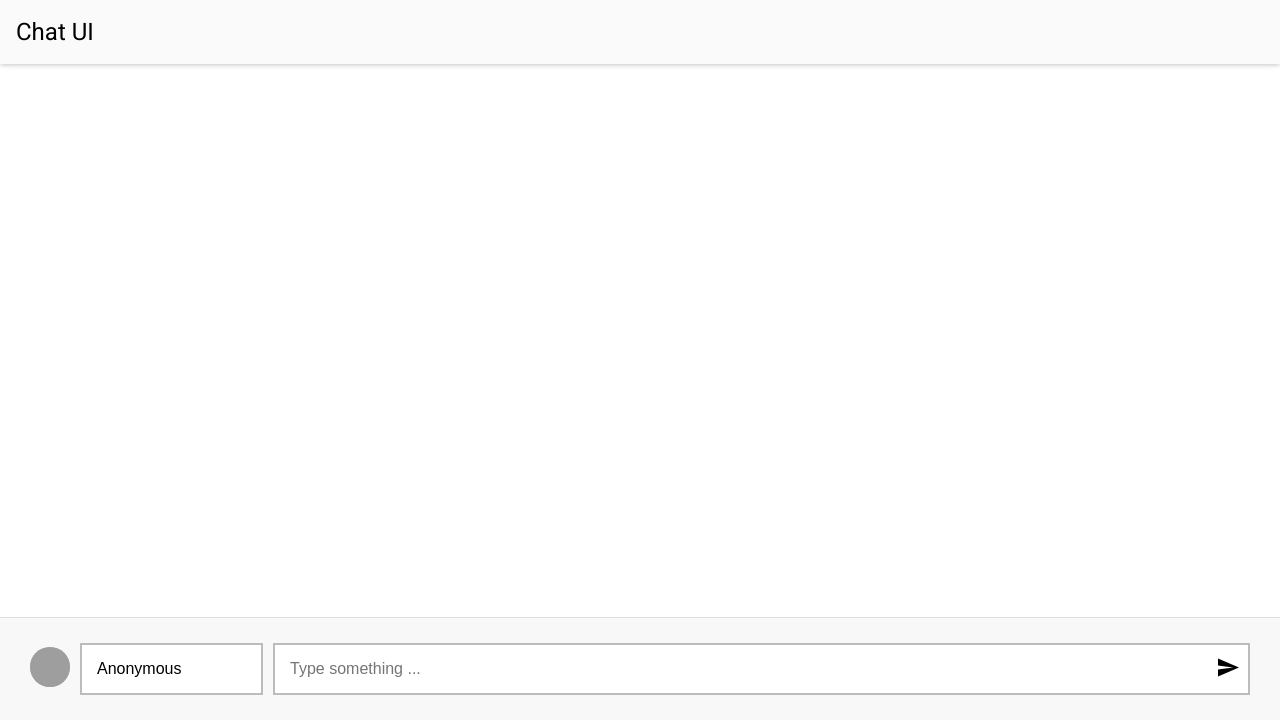
Repository: Faradey27/chat-ui
Page: /
The author's editor kept a copy of each file at every save. The page is drawn from the files as they stood at one save, then again after the next save.
The browser window is 1280 px wide. The pictures show the whole page.
Pictures or frames that could not be fetched are drawn as grey boxes. The page's requests for data from a server got no answer. The project was rebuilt for these pictures with package versions that can differ from the ones it lists, and the page was loaded fresh each time. No one was signed in, and anything a server would have sent is missing. Also part of the build but not shown: src/components/MessageUsername/MessageUsername.js, src/components/MessageUsername/index.js, src/components/MessageText/MessageText.js, src/components/MessageText/index.js, src/components/MessageDate/MessageDate.js, src/components/MessageDate/index.js, src/components/Message/Message.js.

Above is the page before, as saved 2018-03-03 23:35:47.

### public/index.html
<!DOCTYPE html>
<html lang="en">
  <head>
    <meta charset="utf-8">
    <meta name="viewport" content="width=device-width, initial-scale=1, shrink-to-fit=no">
    <meta name="theme-color" content="#000000">
    <link rel="manifest" href="%PUBLIC_URL%/manifest.json">
    <link rel="shortcut icon" href="%PUBLIC_URL%/favicon.ico">
    <link href="https://fonts.googleapis.com/css?family=Roboto:300,400,700" rel="stylesheet">
    <title>Chat UI</title>
  </head>
  <body>
    <noscript>
      You need to enable JavaScript to run this app.
    </noscript>
    <div id="root"></div>
  </body>
</html>

### src/index.js
import React from 'react';
import ReactDOM from 'react-dom';
import { Provider } from 'react-redux';
import { MuiThemeProvider } from 'material-ui/styles';

import io from "socket.io-client";
import Chat from './containers/Chat';
import configureStore from './data/store/configureStore';
import SocketConnector from './services/SocketConnector';
import StorageConnector from './services/StorageConnector';
import registerServiceWorker from './services/pwa/registerServiceWorker';

import './index.css';

// setuped sockets
const socketIO = io("https://spotim-demo-chat-server.herokuapp.com");
const socket = new SocketConnector({eventName: 'spotim/chat', socket: socketIO});

// setuped redux related things
const storage = new StorageConnector({appName: 'chat-ui-user', storage: window.localStorage}); // localStorage or session storage
const savedUser = storage.getItem('store.user');
const preloadedState = {user: savedUser || {name: 'Anonymous', avatar: ''}};
const reduxStore = configureStore(preloadedState, storage);


ReactDOM.render(
  <Provider store={reduxStore}>
    <MuiThemeProvider>
      <Chat socket={socket}/>
    </MuiThemeProvider>
  </Provider>,
  document.getElementById('root')
);

/*
  As we want to be PWA app, we need to become offline friendly, for this reason we register service worker
*/
registerServiceWorker();

### src/data/store/configureStore.js
if (process.env.NODE_ENV === 'production' || process.env.NODE_ENV === 'test') {
  module.exports = require('./configureStore.prod')
} else {
  module.exports = require('./configureStore.dev')
}

### src/services/SocketConnector.js
import { CHAT_IDENTEFICATOR } from './../config';

const isValidMessage = (message) => message.id && message.text && message.user && message.date;
const isAuthorizedMessage = (message) => message.identificator === CHAT_IDENTEFICATOR;

class SocketConnector {
  eventName = '';
  socket = null;
  connected = false;

  constructor({eventName, socket}) {
    this.eventName = eventName;
    this.socket = socket;
  }

  connect = ({onMessage}) => {
    this.socket.on("connect", () => {
      console.info("connected to chat server!");
      this.connected = true;
    });
    this.socket.on(this.eventName, (message) => this.handleMessage({message, onMessage}));
    this.socket.on("disconnect", () => {
      console.info("disconnected to chat server!");
      this.connected = false;
    });
  }

  handleMessage = ({message, onMessage}) => {
    // as our api services do not have any auth or any client separation, we need to detect somehow just our messages
    if (!isAuthorizedMessage(message)) {
      console.info('We received message from bad guys');
      return -1;
    }
    // we want to skip bad messages
    if (!isValidMessage(message)) {
      console.info('We received invalid message');
      return -1;
    }

    onMessage(message)
  }

  emitMessage(message) {
    this.socket.emit(this.eventName, message);
  }
}

export default SocketConnector;

### src/services/StorageConnector.js
class SocketConnector {
  appName = '';
  storage = null;

  constructor({appName, storage}) {
    this.appName = appName;
    this.storage = storage;
  }

  _getMaskedKey = (key) => `${this.appName}-${key}`;

  setItem(key, value) {
    this.storage.setItem(this._getMaskedKey(key), JSON.stringify(value));
  }

  getItem(key) {
    const item = this.storage.getItem(this._getMaskedKey(key));
    if (!item) {
      return '';
    }

    try {
      return JSON.parse(item);
    } catch (e) {
      throw e;
    }
  }

  removeItem(key) {
    this.storage.removeItem(this._getMaskedKey(key));
  }
}

export default SocketConnector;

### src/services/pwa/registerServiceWorker.js
// In production, we register a service worker to serve assets from local cache.

// This lets the app load faster on subsequent visits in production, and gives
// it offline capabilities. However, it also means that developers (and users)
// will only see deployed updates on the "N+1" visit to a page, since previously
// cached resources are updated in the background.

// To learn more about the benefits of this model, read https://goo.gl/KwvDNy.
// This link also includes instructions on opting out of this behavior.

const isLocalhost = Boolean(
  window.location.hostname === 'localhost' ||
    // [::1] is the IPv6 localhost address.
    window.location.hostname === '[::1]' ||
    // 127.0.0.1/8 is considered localhost for IPv4.
    window.location.hostname.match(
      /^127(?:\.(?:25[0-5]|2[0-4][0-9]|[01]?[0-9][0-9]?)){3}$/
    )
);

export default function register() {
  if (process.env.NODE_ENV === 'production' && 'serviceWorker' in navigator) {
    // The URL constructor is available in all browsers that support SW.
    const publicUrl = new URL(process.env.PUBLIC_URL, window.location);
    if (publicUrl.origin !== window.location.origin) {
      // Our service worker won't work if PUBLIC_URL is on a different origin
      // from what our page is served on. This might happen if a CDN is used to
      // serve assets; see https://github.com/facebookincubator/create-react-app/issues/2374
      return;
    }

    window.addEventListener('load', () => {
      const swUrl = `${process.env.PUBLIC_URL}/service-worker.js`;

      if (isLocalhost) {
        // This is running on localhost. Lets check if a service worker still exists or not.
        checkValidServiceWorker(swUrl);

        // Add some additional logging to localhost, pointing developers to the
        // service worker/PWA documentation.
        navigator.serviceWorker.ready.then(() => {
          console.log(
            'This web app is being served cache-first by a service ' +
              'worker. To learn more, visit https://goo.gl/SC7cgQ'
          );
        });
      } else {
        // Is not local host. Just register service worker
        registerValidSW(swUrl);
      }
    });
  }
}

function registerValidSW(swUrl) {
  navigator.serviceWorker
    .register(swUrl)
    .then(registration => {
      registration.onupdatefound = () => {
        const installingWorker = registration.installing;
        installingWorker.onstatechange = () => {
          if (installingWorker.state === 'installed') {
            if (navigator.serviceWorker.controller) {
              // At this point, the old content will have been purged and
              // the fresh content will have been added to the cache.
              // It's the perfect time to display a "New content is
              // available; please refresh." message in your web app.
              console.log('New content is available; please refresh.');
            } else {
              // At this point, everything has been precached.
              // It's the perfect time to display a
              // "Content is cached for offline use." message.
              console.log('Content is cached for offline use.');
            }
          }
        };
      };
    })
    .catch(error => {
      console.error('Error during service worker registration:', error);
    });
}

function checkValidServiceWorker(swUrl) {
  // Check if the service worker can be found. If it can't reload the page.
  fetch(swUrl)
    .then(response => {
      // Ensure service worker exists, and that we really are getting a JS file.
      if (
        response.status === 404 ||
        response.headers.get('content-type').indexOf('javascript') === -1
      ) {
        // No service worker found. Probably a different app. Reload the page.
        navigator.serviceWorker.ready.then(registration => {
          registration.unregister().then(() => {
            window.location.reload();
          });
        });
      } else {
        // Service worker found. Proceed as normal.
        registerValidSW(swUrl);
      }
    })
    .catch(() => {
      console.log(
        'No internet connection found. App is running in offline mode.'
      );
    });
}

export function unregister() {
  if ('serviceWorker' in navigator) {
    navigator.serviceWorker.ready.then(registration => {
      registration.unregister();
    });
  }
}

### src/index.css
/*
  here we have global styles that need to be applied for whole page(like normalisation)
*/

body {
  margin: 0;
  padding: 0;
  font-family: Roboto;
}

### src/containers/Chat/Chat.js
import React from 'react';
import { func, instanceOf } from 'prop-types';
import { connect } from 'react-redux';
import AppBar from 'material-ui/AppBar';
import { grey50 } from 'material-ui/styles/colors';
import { css } from 'emotion';
import { addMessage } from './../../data/messages/messagesActions';
import SocketConnector from '../../services/SocketConnector';
import MessageCreationArea from './../MessageCreationArea';
import MessageListArea from './../MessageListArea';
import Column from './../../components/Column';

const chatStyles = css`
  height: 100vh;
  display: flex;
  flex-direction: column;
`;

class Chat extends React.Component {
  static propTypes = {
    socket: instanceOf(SocketConnector).isRequired,
    addMessage: func.isRequired, // dispatched action from react-redux
  }

  componentDidMount() {
    this.props.socket.connect({onMessage: this.props.addMessage})
  }

  handleMessageAdd = (message) => this.props.socket.emitMessage(message)

  render() {
    return (
      <div
        className={chatStyles}
        data-hook="chat"
      >
        <AppBar
          titleStyle={{color: 'initial'}}
          style={{ backgroundColor: grey50 }}
          iconElementLeft={<span/>}
          title="Chat UI"
        />
        <Column>
          <MessageListArea />
          <MessageCreationArea onMessageAdd={this.handleMessageAdd}/>
        </Column>
      </div>
    );
  }
}

export default connect(null, { addMessage })(Chat);

### src/data/store/configureStore.dev.js
import { createStore, applyMiddleware } from 'redux';
import { createLogger } from 'redux-logger';
import rootReducer from './rootReducer';
import saveUserToStorageMiddleware from './../middleware/saveUserToStorage';

const configureStore = (preloadedState, storage) => {
  const store = createStore(
    rootReducer,
    preloadedState,
    applyMiddleware(createLogger(), saveUserToStorageMiddleware(storage))
  );

  return store;
}

export default configureStore;

### src/config.js
export const CHAT_IDENTEFICATOR = 'APPLICATION_INDENTIFICATOR_942345';

### src/data/messages/messagesActions.js
export const ADD_MESSAGE = 'ADD_MESSAGE';
export const addMessage = (message) => ({
  type: ADD_MESSAGE,
  message,
})

### src/containers/MessageCreationArea/index.js
export { default } from './MessageCreationArea';

### src/containers/MessageListArea/index.js
export { default } from './MessageListArea';

### src/components/Column/index.js
export {default} from './Column';

### src/data/store/rootReducer.js
import { combineReducers } from 'redux';
import messages from './../messages/messagesReducer';
import user from './../user/userReducer';

const rootReducer = combineReducers({
  messages,
  user,
});

export default rootReducer;

### src/data/middleware/saveUserToStorage.js
import { SET_USER_AVATAR, SET_USER_NAME } from './../user/userActions';

const middleware = (storage) => (store) => (next) => (action) => {
  next(action);

  if (action.type === SET_USER_AVATAR || action.type === SET_USER_NAME) {
    storage.setItem('store.user', store.getState().user);
  }
}

export default middleware;

### src/containers/MessageCreationArea/MessageCreationArea.js
import React from 'react';
import { shape, string, func } from 'prop-types';
import uuidv4 from 'uuid/v4';
import { connect } from 'react-redux';
import { selectUser } from './../../data/user/userSelectors';
import { setUserAvatar, setUsername } from './../../data/user/userActions';
import MessageCreationAreaView from './MessageCreationAreaView';
import { CHAT_IDENTEFICATOR } from './../../config';
import avatars from './../../assets/avatars';

const getRandomAvatar = () => avatars[Math.floor(Math.random() * avatars.length)]

class MessageCreationArea extends React.Component {
  static propTypes = {
    user: shape({ // from redux store
      name: string,
      avatar: string,
    }),
    setUserAvatar: func, // redux action
    setUsername: func, // redux action
    onMessageAdd: func.isRequired,
  }

  state = {
    messageText: '',
  }

  componentDidMount() {
    if (!this.props.user.avatar) {
      this.props.setUserAvatar(getRandomAvatar());
    }
  }

  handleMessageChange = (messageText) => this.setState({messageText})

  handleMessageAdd = () => {
    if (!this.state.messageText) {
      return null;
    }

    this.props.onMessageAdd({
      id: uuidv4(),
      text: this.state.messageText,
      date: Date.now(),
      user: {
        name: this.props.user.name,
        avatar: this.props.user.avatar,
      },
      identificator: CHAT_IDENTEFICATOR
    });

    this.resetMessage();
  }

  resetMessage = () => this.handleMessageChange('')

  render() {
    return (
      <MessageCreationAreaView
        avatar={this.props.user.avatar}
        username={this.props.user.name}
        messageText={this.state.messageText}
        onMessageAdd={this.handleMessageAdd}
        onMessageChange={this.handleMessageChange}
        onUsernameChange={this.props.setUsername}
      />
    );
  }
}

export default connect(
  (state) => ({
    user: selectUser(state)
  }),
  { setUsername, setUserAvatar }
)(MessageCreationArea);

### src/containers/MessageListArea/MessageListArea.js
import React from 'react';
import { array } from 'prop-types';
import { connect } from 'react-redux';
import MessageListAreaView from './MessageListAreaView';
import { selectMessages } from './../../data/messages/messagesSelectors';

class MessageListArea extends React.Component {
  static propTypes = {
    messages: array, // from store
  }

  render() {
    return (
      <MessageListAreaView messages={this.props.messages}/>
    );
  }
}

export default connect((state) => ({ messages: selectMessages(state)}))(MessageListArea);

### src/components/Column/Column.js
import React from 'react';
import { css } from 'emotion';

const columnStyles = css`
  position: relative;
  display: flex;
  flex: 1;
  flex-direction: column;
`;

export default ({children}) => (
  <div className={columnStyles}>
    {children}
  </div>
);

### src/data/messages/messagesReducer.js
import { ADD_MESSAGE } from './messagesActions';

const messages = (state = [], action) => {
  switch (action.type) {
    case ADD_MESSAGE:
      return [...state, action.message];
    default:
      return state;
  }
};

export default messages;

### src/data/user/userReducer.js
import { SET_USER_AVATAR, SET_USER_NAME } from './userActions';

const user = (state = {avatar: '', name: ''}, action) => {
  switch (action.type) {
    case SET_USER_AVATAR:
      return {...state, avatar: action.avatar};
    case SET_USER_NAME:
      return {...state, name: action.name};
    default:
      return state;
  }
};

export default user;

### src/data/user/userActions.js
export const SET_USER_AVATAR = 'SET_USER_AVATAR';
export const setUserAvatar = (avatar) => ({
  type: SET_USER_AVATAR,
  avatar,
})

export const SET_USER_NAME = 'SET_USER_NAME';
export const setUsername = (name) => ({
  type: SET_USER_NAME,
  name,
})

### src/data/user/userSelectors.js
// TODO, in future we could start to use reselect
export const selectUser = (state) => state.user

### src/containers/MessageCreationArea/MessageCreationAreaView.js
import React from 'react';
import { string, func } from 'prop-types';
import { css } from 'emotion';
import UsernameTextField from './../../components/UsernameTextField';
import MessageTextField from './../../components/MessageTextField';
import SendButton from './../../components/SendButton';

const messageAreaStyles = css`
  background-color: #f8f8f8;
  padding: 25px 30px;
  display: flex;
  align-items: center;
  border-top: 1px solid rgba(0, 0, 0, 0.1);
`;

const messageAreaSendStyles = css`
  position: relative;
  width: 100%;
`;

class MessageCreationAreaView extends React.Component {
  static propTypes = {
    avatar: string,
    username: string,
    onMessageAdd: func,
    onMessageChange: func,
    onUsernameChange: func
  }

  handleFormSubmit = (e) => {
    e.preventDefault();
    this.props.onMessageAdd();
  }

  render() {
    return (
      <div
        className={messageAreaStyles}
        data-hook="message-creation-area"
      >
        <UsernameTextField
          avatar={this.props.avatar}
          username={this.props.username}
          onUsernameChange={this.props.onUsernameChange}
        />
        <form
          className={messageAreaSendStyles}
          onSubmit={this.handleFormSubmit}
        >
          <MessageTextField
            messageText={this.props.messageText}
            onMessageChange={this.props.onMessageChange}
          />
          <SendButton />
        </form>
      </div>
    );
  }
}

export default MessageCreationAreaView;

### src/assets/avatars.json
[
  "https://spotim-demo-chat-server.herokuapp.com/avatars/001-snorlax.png",
  "https://spotim-demo-chat-server.herokuapp.com/avatars/002-psyduck.png",
  "https://spotim-demo-chat-server.herokuapp.com/avatars/003-pikachu.png",
  "https://spotim-demo-chat-server.herokuapp.com/avatars/004-jigglypuff.png",
  "https://spotim-demo-chat-server.herokuapp.com/avatars/005-bullbasaur.png"
]

### src/containers/MessageListArea/MessageListAreaView.js
import React from 'react';
import { array } from 'prop-types';
import { css } from 'emotion';

import Message from './../../components/Message';

const messageListStyles = css`
  display: flex;
  flex-direction: column;
  height: 100%;
  overflow-y: auto;
  margin-top: 30px;
  margin-left: 30px;
  margin-right: 30px;
`;

class MessageListAreaView extends React.Component {
  static propTypes = {
    messages: array,
  }

  render() {
    return (
      <div
        className={messageListStyles}
        data-hook="message-list-area"
      >
        {this.props.messages.map((message) => <Message key={message.id} message={message}/>)}
      </div>
    );
  }
}

export default MessageListAreaView;

### src/data/messages/messagesSelectors.js
// TODO, in future we could start to use reselect
export const selectMessages = (state) => state.messages

### src/components/UsernameTextField/index.js
export { default } from './UsernameTextField';

### src/components/MessageTextField/index.js
export { default } from './MessageTextField';

### src/components/SendButton/index.js
export { default } from './SendButton';

### src/components/UsernameTextField/UsernameTextField.js
import React from 'react';
import { string, func } from 'prop-types';
import { css } from 'emotion';
import Avatar from './../Avatar';

const usernameStyles = css`
  display: flex;
  align-items: center;
  margin-right: 10px;
`;

const usernameInputStyles = css`
  font-size: 16px;
  border: 2px solid rgba(160,160,162,.7);
  padding: 15px;
  margin-left: 10px;
  outline: none;
  min-width: 120px;
  width: 100%;
`;

class UsernameTextField extends React.Component {
  static propTypes = {
    avatar: string,
    username: string,
    onUsernameChange: func.isRequired
  }

  handleUsernameChange = (e) => this.props.onUsernameChange(e.target.value)

  render() {
    return (
      <div
        className={usernameStyles}
        data-hook="username-text-field"
      >
        <Avatar avatar={this.props.avatar}/>
        <input
          className={usernameInputStyles}
          data-hook="username-text-field-input"
          value={this.props.username}
          onChange={this.handleUsernameChange}
        />
      </div>
    );
  }
}

export default UsernameTextField;

### src/components/MessageTextField/MessageTextField.js
import React from 'react';
import { string, func } from 'prop-types';
import { css } from 'emotion';

const textAreaStyles = css`
  font-size: 16px;
  border: 2px solid rgba(160,160,162,.7);
  width: 100%;
  padding: 15px;
  padding-right: 45px;
  outline: none;
  min-width: 250px;
`;

const textAreaWrapStyles = css`
  display: flex;
`;

class MessageTextField extends React.Component {
  static propTypes = {
    messageText: string,
    onMessageChange: func.isRequired,
  }

  componentDidMount() {
    this.inputNode.focus();
  }

  handleMessageChange = (e) => {
    this.props.onMessageChange(e.target.value);
  }

  render() {
    return (
      <div
        data-hook="message-text-field"
        className={textAreaWrapStyles}
      >
        <input
          ref={(node) => this.inputNode = node}
          data-hook="message-text-field-textarea"
          placeholder="Type something ..."
          className={textAreaStyles}
          value={this.props.messageText}
          onChange={this.handleMessageChange}
        />
      </div>
    );
  }
}

export default MessageTextField;

### src/components/SendButton/SendButton.js
import React from 'react';
import { func } from 'prop-types';
import { css } from 'emotion';

const sendButtonStyles = css`
  position: absolute;
  right: 10px;
  top: 50%;
  transform: translateY(-50%);
  background: transparent;
  border: none;
  padding: 0;
`;

class SendButton extends React.Component {
  static propTypes = {
    onClick: func,
  }

  render() {
    return (
      <div
        data-hook="send-button"
      >
        <button
          type="submit"
          className={sendButtonStyles}
          data-hook="send-button-el"
          onClick={this.props.onClick}
        >
          <svg
            height="24"
            width="24"
            viewBox="0 0 48 48"
          >
            <path d="M4.02 42l41.98-18-41.98-18-.02 14 30 4-30 4z"/>
            <path d="M0 0h48v48h-48z" fill="none"/>
          </svg>
        </button>
      </div>
    );
  }
}

export default SendButton;

### src/components/Avatar/Avatar.js
import React from 'react';
import Avatar from 'material-ui/Avatar';

export default ({avatar}) => (
  <div data-hook="avatar">
    <Avatar src={avatar}/>
  </div>
);

Loaded but not shown: src/containers/Chat/index.js (common file); src/components/Message/index.js (common file); src/components/Avatar/index.js (common file)

After the next save:
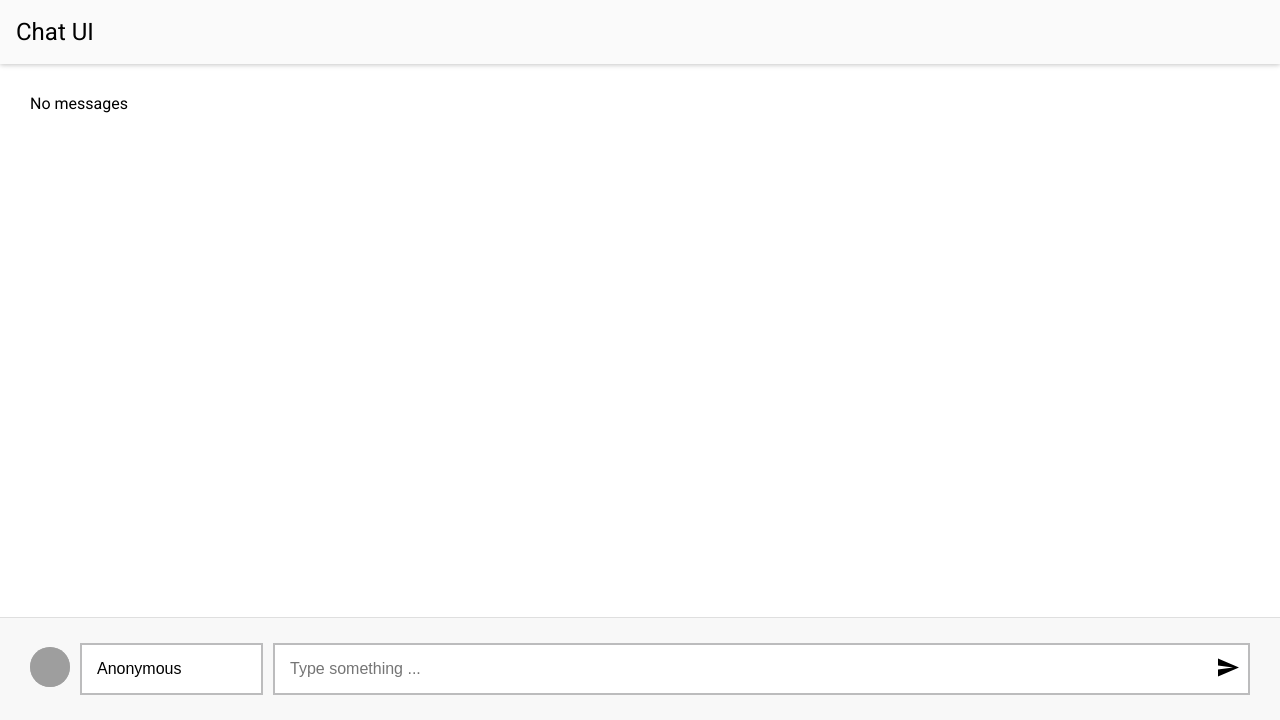
Saved 2 min 3 s later.
--- a/src/containers/MessageListArea/MessageListAreaView.js
+++ b/src/containers/MessageListArea/MessageListAreaView.js
@@ -19,13 +19,21 @@ class MessageListAreaView extends React.Component {
     messages: array,
   }
 
+  renderMessages() {
+    if (!this.props.messages.length) {
+      return <span>No messages</span>
+    }
+
+    return this.props.messages.map((message) => <Message key={message.id} message={message}/>);
+  }
+
   render() {
     return (
       <div
         className={messageListStyles}
         data-hook="message-list-area"
       >
-        {this.props.messages.map((message) => <Message key={message.id} message={message}/>)}
+        {this.renderMessages()}
       </div>
     );
   }
